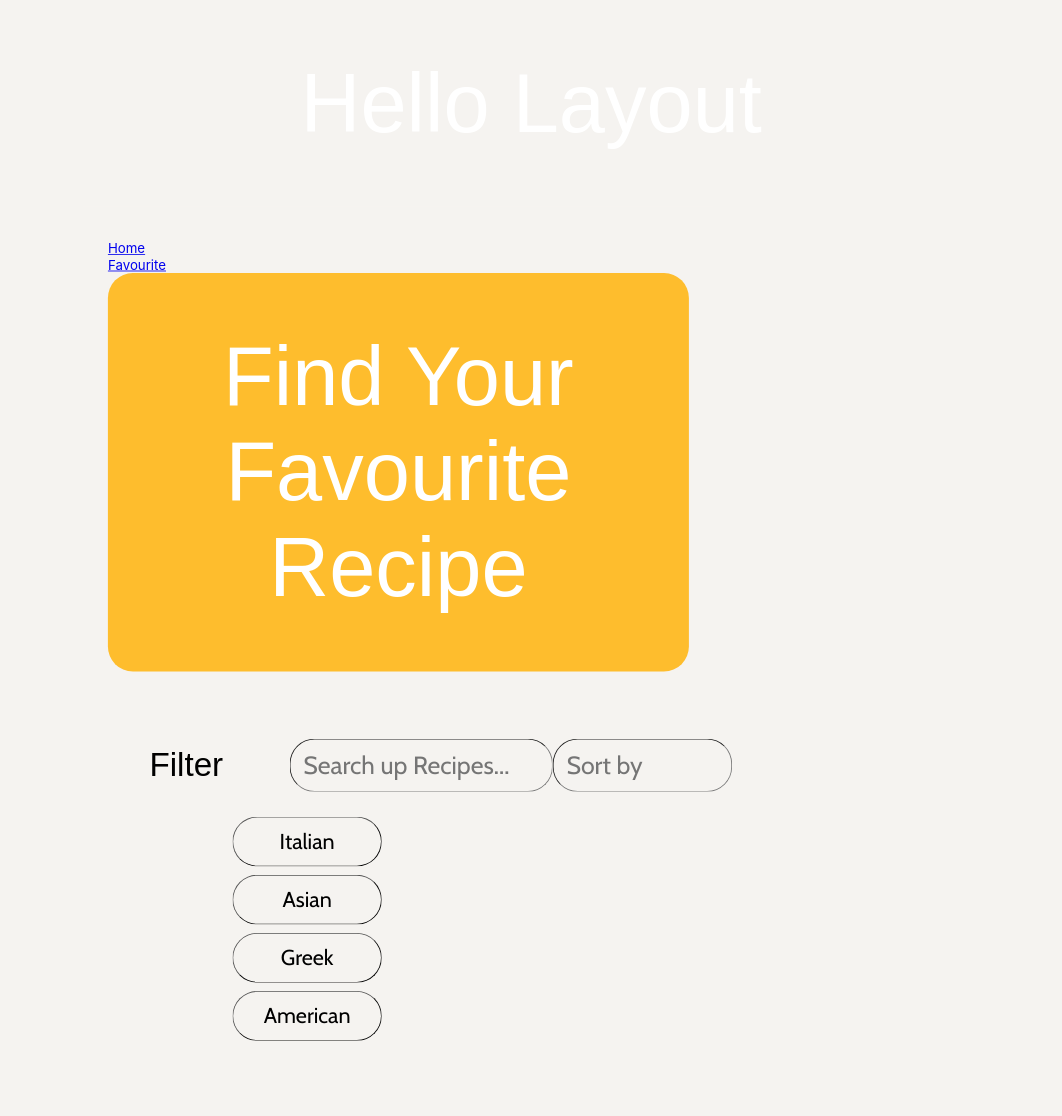
Repository: takamilinagaki/COMP3170-Project
Page: /
An editor plug-in stored every save of this project. The page is shown before and after the next save, followed by the edit.
The browser window is 1280 px wide. The pictures show the whole page, at 83% of full size.
Some web fonts or font styles are not loaded; a fallback is used. The project was rebuilt for these pictures with package versions that can differ from the ones it lists, and the page was loaded fresh each time. Also part of the build but not shown: src/routes/Favourite.jsx.

Above is the page before, as saved 2023-11-19 21:45:55.

### src/App.js
import { BrowserRouter, Routes } from "react-router-dom";
import "./styles.css";
import { config } from "./routes/config";

export default function App(){
  return (
    <BrowserRouter>
    <Routes>
      {config}
    </Routes>
    </BrowserRouter>
  )
}

### src/styles.css
body {
    background-color: #F5F3F0;
  }
  .App {
    display: flex;
    flex-direction: column;
    padding: 10px 30px;
    margin: 0px 100px;
  }

  .homePageTopSection{
    height: 480px;
    background-color: #FEBD2D;
    border-radius: 30px;
    font-family: 'Cabin', sans-serif;
    margin: 0px 100px;
  }

  .navBar{
    padding: 0 30px;
  }

  h1{
    font-size: 100px;
    color: white;
    text-align: center;
    font-weight: normal;
    font-family: 'Cagliostro', sans-serif;
  }


  button{
    width: 180px;
    height: 60px;
    border-radius: 40px;
    border-width: 1px;
    background-color: #F5F3F0;
    font-size: 26px;
    font-family: 'Cabin', sans-serif;
  }

  button:hover{
    background-color: #FEBD2D;
  }

  .filterButtons{
    display: flex;
    flex-direction: column;
    gap: 10px;
  }

  .searchings{
    display: flex;
    flex-direction: row;
    align-items: center;
    justify-content: space-between;
  }

  .searchResults{
    display: flex;
    flex-direction: row;
  }

  .cards{
    display: grid;
    grid-template-columns: auto auto auto;
    gap: 30px
  }

  .searchInput{
    width: 670px;
    height: 60px;
    border-radius: 30px;
    font-size: 30px;
    border-width: 1px;
    background-color: #F5F3F0;
    font-family: 'Cabin', sans-serif;
  }

  .sort{
    width: 210px;
    height: 60px;
    border-radius: 30px;
    font-size: 30px;
    border-width: 1px;
    background-color: #F5F3F0;
    font-family: 'Cabin', sans-serif;
  }

  .filterFont{
    font-size: 40px;
    padding-right: 80px;
    font-family: 'Cagliostro', sans-serif;
  }

  .bottomSection{
    padding: 50px 50px;
  }

  .searchResults{
    padding: 0px 30px;
    justify-content: space-between;
  }

  @media (max-width: 1439px) {
    .App {
      width: 700px;
    }
  }

  @media (max-width: 2560px) {
    .App {
      display: flex;
      flex-direction: column;
      padding: 40px 30px;
      background-color: #F5F3F0;
      margin: 0px 100px;
    }
    .homePageTopSection{
      background-color: #FEBD2D;
      border-radius: 30px;
      font-family: 'Cabin', sans-serif;
      margin: 0;
    }
    .searchResults {
      padding: 0px 30px;
      padding-left: 100px;
      gap: 60px;
  }
  }

### src/routes/config.jsx
import { Route } from "react-router-dom";

import Layout from "../components/Layout";

import HomePage from "../routes/HomePage";
import Favourite from "../routes/Favourite";

export const config = (
    <Route element={<Layout/>}>
        <Route path ="/">
            <Route index element={<HomePage/>}/>
            <Route path="Favourite">
                <Route index element={<Favourite/>}/>
                <Route path=":id" element={<Favourite/>} />
            </Route>
        </Route>
    </Route>
)

### src/components/Layout.jsx
import { Outlet } from "react-router-dom";

export default function Layout(){
    return (
        <div>
            <h1>Hello Layout</h1>
            <Outlet/>
        </div>
    )
}

### src/routes/HomePage.jsx
import { Link } from "react-router-dom";

export default function HomePage() {
  return (
    <div className="App">
        <Link to="/">Home</Link>
        <Link to="Favourite">Favourite</Link>
      <div className="homePageTopSection">
        <div className="navBar">

        </div>
         <h1>Find Your Favourite Recipe</h1>
      </div>

<div className="bottomSection">
   <div className="searchings">
          <p className="filterFont">Filter</p>
          <input
           className="searchInput"
           type="text"
           placeholder='  Search up Recipes...'/>

           <input
           className="sort"
           placeholder='  Sort by'
           />
    </div>

    <div className="searchResults">
         <div className="filterButtons">
          <button>Italian</button>
          <button>Asian</button>
          <button>Greek</button>
          <button>American</button>
         </div>

         <div className="cards">

         </div>
    </div>
</div>


    </div>
  );
}

Loaded but not shown: public/index.html (common file); src/index.js (common file); src/index.css (common file); src/reportWebVitals.js (common file)

After the next save:
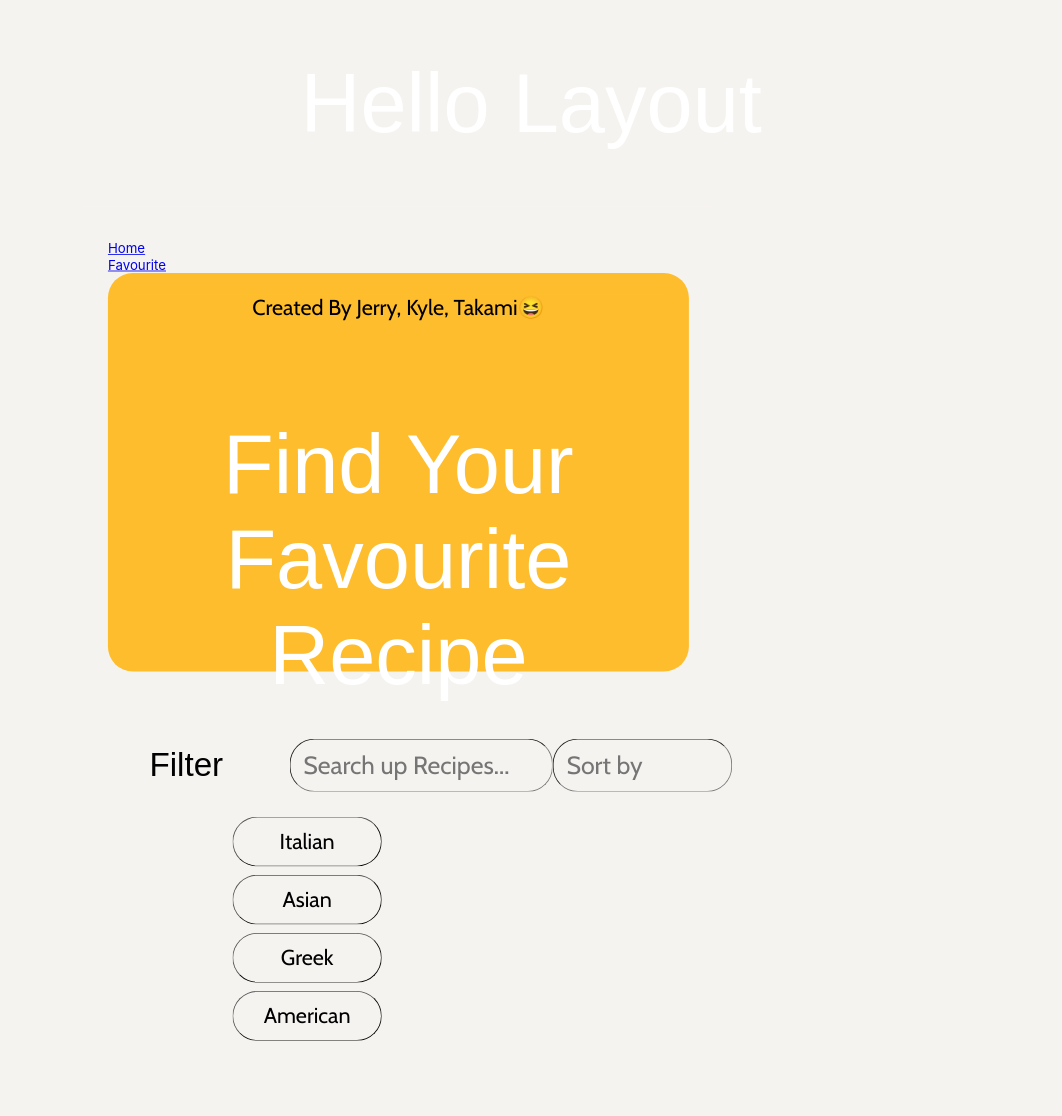
Saved 59 s later.
--- a/src/routes/HomePage.jsx
+++ b/src/routes/HomePage.jsx
@@ -7,7 +7,16 @@ export default function HomePage() {
         <Link to="Favourite">Favourite</Link>
       <div className="homePageTopSection">
         <div className="navBar">
-
+        <div style={{
+            width:'100%',
+            height: '80px',
+            backgroundColor: '#FEBD2D',
+            fontSize: '16px',
+            textAlign: 'center',
+            alignSelf: 'center'
+        }}>
+          <p style={{fontSize: 26}}>Created By Jerry, Kyle, Takami😆</p>
+        </div>
         </div>
          <h1>Find Your Favourite Recipe</h1>
       </div>
